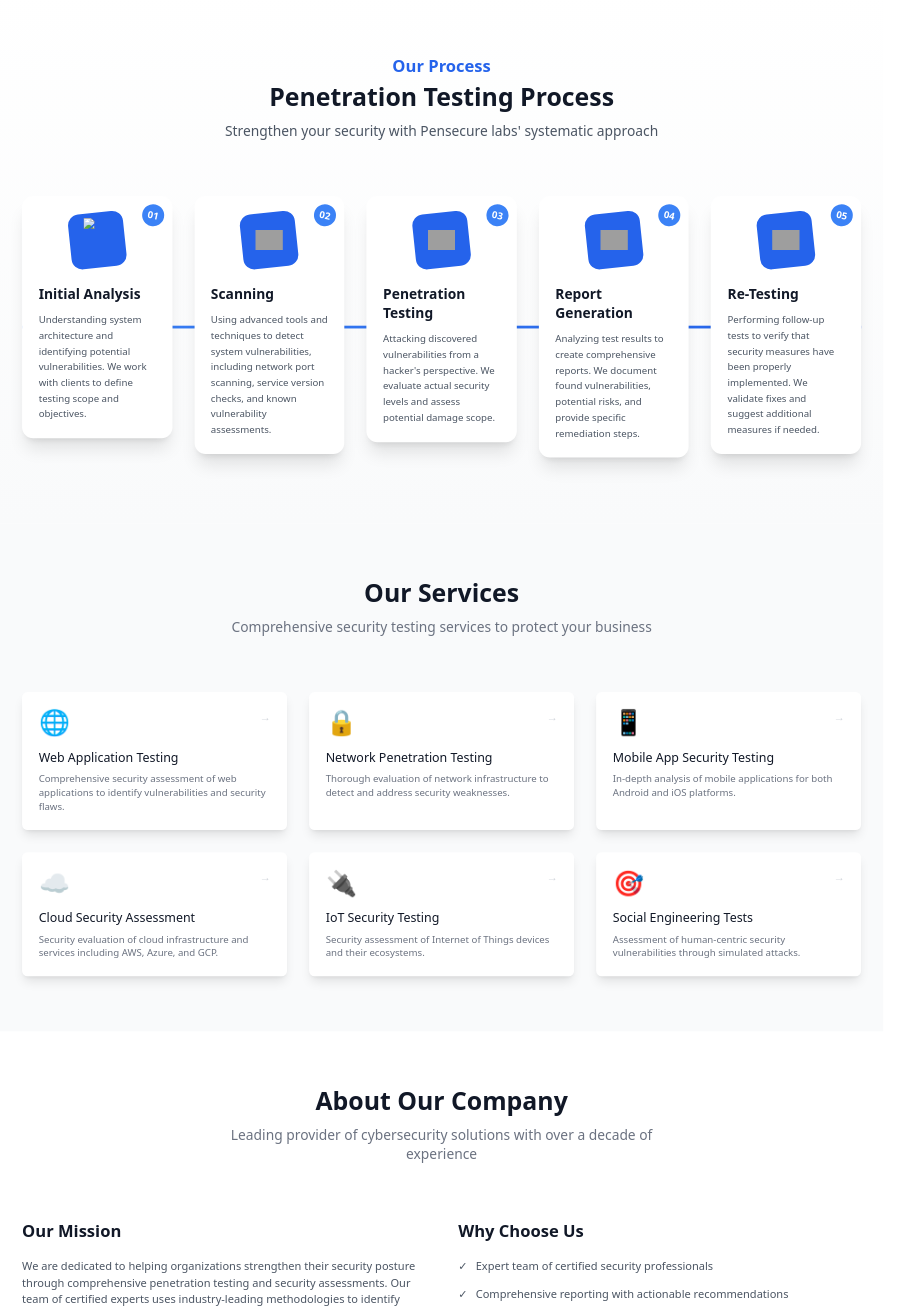
Repository: ZSayless/Penetration-test
Page: /
The author's editor kept a copy of each file at every save. The page is drawn from the files as they stood at one save, then again after the next save.
The browser window is 1280 px wide. The page is 1307 px wide, so the pictures cover 1307 px, including what lies to the right of the window. The pictures show the part of the page from y = 758 to 2658 px (the page is 5021 px tall), at 69% of full size.
Pictures or frames that could not be fetched are drawn as grey boxes. The project was rebuilt for these pictures with package versions that can differ from the ones it lists, and the page was loaded fresh each time. The framework's server and built-in components were replaced by stand-ins that run in the browser. Also part of the build but not shown: next.config.js.

Above is the page before, as saved 2024-12-04 14:19:52.

### src/app/layout.tsx
import type { Metadata } from 'next';
import Navbar from '@/components/Navbar';
import './globals.css';

export const metadata: Metadata = {
  title: 'SecureTest Pro - Professional Penetration Testing Services',
  description: 'Comprehensive security assessment services to protect your business from cyber threats.',
};

export default function RootLayout({
  children,
}: {
  children: React.ReactNode;
}) {
  return (
    <html lang="en">
      <body>
        <Navbar />
        {children}
      </body>
    </html>
  );
}

### src/app/page.tsx
'use client';

import Hero from '@/components/sections/Hero';
import Services from '@/components/sections/Services';
import About from '@/components/sections/About';
import Features from '@/components/sections/Features';
import Testimonials from '@/components/sections/Testimonials';
import Contact from '@/components/sections/Contact';
import Process from '@/components/sections/Process';

export default function Home() {
  return (
    <main>
      <Hero />
      <Process />
      <Services />
      <About />
      <Features />
      <Testimonials />
      <Contact />
    </main>
  );
}

### src/components/Navbar.tsx
'use client';

import { useState } from 'react';
import Link from 'next/link';
import Image from 'next/image';

export default function Navbar() {
  const [isOpen, setIsOpen] = useState(false);

  return (
    <nav className="bg-white shadow-lg fixed w-full z-50">
      <div className="max-w-7xl mx-auto px-4 sm:px-6 lg:px-8">
        <div className="flex justify-between h-16">
          <div className="flex items-center">
            <Link href="/" className="flex-shrink-0 flex items-center">
              <div className="w-8 h-8 bg-blue-600 rounded-full flex items-center justify-center">
                <span className="text-white font-bold">SP</span>
              </div>
              <span className="ml-2 text-xl font-bold text-gray-800">SecureTest Pro</span>
            </Link>
          </div>

          {/* Desktop menu */}
          <div className="hidden md:flex items-center space-x-8">
            <Link href="/" className="text-gray-600 hover:text-gray-900">Home</Link>
            <Link href="/services" className="text-gray-600 hover:text-gray-900">Services</Link>
            <Link href="/about" className="text-gray-600 hover:text-gray-900">About</Link>
            <Link href="/contact" className="text-gray-600 hover:text-gray-900">Contact</Link>
            <Link
              href="/get-started"
              className="bg-blue-600 text-white px-4 py-2 rounded-md hover:bg-blue-700"
            >
              Get Started
            </Link>
          </div>

          {/* Mobile menu button */}
          <div className="md:hidden flex items-center">
            <button
              onClick={() => setIsOpen(!isOpen)}
              className="inline-flex items-center justify-center p-2 rounded-md text-gray-400 hover:text-gray-500 hover:bg-gray-100"
            >
              <span className="sr-only">Open main menu</span>
              {!isOpen ? (
                <svg className="block h-6 w-6" fill="none" viewBox="0 0 24 24" stroke="currentColor">
                  <path strokeLinecap="round" strokeLinejoin="round" strokeWidth={2} d="M4 6h16M4 12h16M4 18h16" />
                </svg>
              ) : (
                <svg className="block h-6 w-6" fill="none" viewBox="0 0 24 24" stroke="currentColor">
                  <path strokeLinecap="round" strokeLinejoin="round" strokeWidth={2} d="M6 18L18 6M6 6l12 12" />
                </svg>
              )}
            </button>
          </div>
        </div>
      </div>

      {/* Mobile menu */}
      {isOpen && (
        <div className="md:hidden">
          <div className="px-2 pt-2 pb-3 space-y-1 sm:px-3">
            <Link href="/" className="block px-3 py-2 text-gray-600 hover:text-gray-900">Home</Link>
            <Link href="/services" className="block px-3 py-2 text-gray-600 hover:text-gray-900">Services</Link>
            <Link href="/about" className="block px-3 py-2 text-gray-600 hover:text-gray-900">About</Link>
            <Link href="/contact" className="block px-3 py-2 text-gray-600 hover:text-gray-900">Contact</Link>
            <Link
              href="/get-started"
              className="block px-3 py-2 bg-blue-600 text-white rounded-md hover:bg-blue-700"
            >
              Get Started
            </Link>
          </div>
        </div>
      )}
    </nav>
  );
}

### src/components/sections/Services.tsx
export default function Services() {
  const services = [
    {
      title: 'Web Application Testing',
      description: 'Comprehensive security assessment of web applications to identify vulnerabilities and security flaws.',
      icon: '🌐',
    },
    {
      title: 'Network Penetration Testing',
      description: 'Thorough evaluation of network infrastructure to detect and address security weaknesses.',
      icon: '🔒',
    },
    {
      title: 'Mobile App Security Testing',
      description: 'In-depth analysis of mobile applications for both Android and iOS platforms.',
      icon: '📱',
    },
    {
      title: 'Cloud Security Assessment',
      description: 'Security evaluation of cloud infrastructure and services including AWS, Azure, and GCP.',
      icon: '☁️',
    },
    {
      title: 'IoT Security Testing',
      description: 'Security assessment of Internet of Things devices and their ecosystems.',
      icon: '🔌',
    },
    {
      title: 'Social Engineering Tests',
      description: 'Assessment of human-centric security vulnerabilities through simulated attacks.',
      icon: '🎯',
    },
  ];

  return (
    <section id="services" className="py-20 bg-gray-50">
      <div className="max-w-7xl mx-auto px-4 sm:px-6 lg:px-8">
        <div className="text-center">
          <h2 className="text-3xl font-extrabold text-gray-900 sm:text-4xl">
            Our Services
          </h2>
          <p className="mt-4 max-w-2xl mx-auto text-xl text-gray-500">
            Comprehensive security testing services to protect your business
          </p>
        </div>

        <div className="mt-20 grid grid-cols-1 gap-8 sm:grid-cols-2 lg:grid-cols-3">
          {services.map((service, index) => (
            <div
              key={index}
              className="relative group bg-white p-6 focus-within:ring-2 focus-within:ring-inset focus-within:ring-blue-500 rounded-lg shadow-lg hover:shadow-xl transition-all duration-300"
            >
              <div>
                <span className="text-4xl">{service.icon}</span>
                <h3 className="mt-4 text-lg font-medium text-gray-900">
                  {service.title}
                </h3>
                <p className="mt-2 text-sm text-gray-500">
                  {service.description}
                </p>
              </div>
              <span
                className="absolute top-6 right-6 text-gray-300 group-hover:text-gray-400"
                aria-hidden="true"
              >
                →
              </span>
            </div>
          ))}
        </div>
      </div>
    </section>
  );
}

### src/components/sections/About.tsx
export default function About() {
  return (
    <section id="about" className="py-20 bg-white">
      <div className="max-w-7xl mx-auto px-4 sm:px-6 lg:px-8">
        <div className="lg:text-center">
          <h2 className="text-3xl font-extrabold text-gray-900 sm:text-4xl">
            About Our Company
          </h2>
          <p className="mt-4 max-w-2xl mx-auto text-xl text-gray-500 lg:mx-auto">
            Leading provider of cybersecurity solutions with over a decade of experience
          </p>
        </div>

        <div className="mt-20">
          <div className="grid grid-cols-1 gap-12 lg:grid-cols-2">
            <div className="space-y-6">
              <h3 className="text-2xl font-bold text-gray-900">Our Mission</h3>
              <p className="text-gray-600">
                We are dedicated to helping organizations strengthen their security posture through comprehensive penetration testing and security assessments. Our team of certified experts uses industry-leading methodologies to identify vulnerabilities before malicious actors can exploit them.
              </p>
            </div>
            <div className="space-y-6">
              <h3 className="text-2xl font-bold text-gray-900">Why Choose Us</h3>
              <ul className="space-y-4 text-gray-600">
                <li className="flex items-start">
                  <span className="mr-3">✓</span>
                  <span>Expert team of certified security professionals</span>
                </li>
                <li className="flex items-start">
                  <span className="mr-3">✓</span>
                  <span>Comprehensive reporting with actionable recommendations</span>
                </li>
                <li className="flex items-start">
                  <span className="mr-3">✓</span>
                  <span>Industry-leading tools and methodologies</span>
                </li>
                <li className="flex items-start">
                  <span className="mr-3">✓</span>
                  <span>24/7 support and consultation</span>
                </li>
              </ul>
            </div>
          </div>
        </div>
      </div>
    </section>
  );
}

### src/components/sections/Features.tsx
export default function Features() {
  return (
    <section id="features" className="py-20 bg-gray-50">
      <div className="max-w-7xl mx-auto px-4 sm:px-6 lg:px-8">
        <div className="text-center">
          <h2 className="text-3xl font-extrabold text-gray-900 sm:text-4xl">
            Why Choose Our Services
          </h2>
          <p className="mt-4 max-w-2xl mx-auto text-xl text-gray-500">
            Industry-leading security testing with comprehensive solutions
          </p>
        </div>

        <div className="mt-20 grid grid-cols-1 gap-8 md:grid-cols-2 lg:grid-cols-3">
          {[
            {
              title: 'Expert Team',
              description: 'Certified security professionals with years of experience',
              icon: '👨‍💻',
            },
            {
              title: 'Comprehensive Reports',
              description: 'Detailed findings with actionable recommendations',
              icon: '📊',
            },
            {
              title: '24/7 Support',
              description: 'Round-the-clock assistance and consultation',
              icon: '🔧',
            },
            {
              title: 'Latest Tools',
              description: 'Using cutting-edge security testing tools',
              icon: '🛠',
            },
            {
              title: 'Custom Solutions',
              description: 'Tailored testing plans for your specific needs',
              icon: '🎯',
            },
            {
              title: 'Fast Turnaround',
              description: 'Quick delivery without compromising quality',
              icon: '⚡',
            },
          ].map((feature, index) => (
            <div
              key={index}
              className="relative bg-white p-6 rounded-lg shadow-lg hover:shadow-xl transition-all duration-300"
            >
              <div>
                <span className="text-4xl">{feature.icon}</span>
                <h3 className="mt-4 text-lg font-medium text-gray-900">
                  {feature.title}
                </h3>
                <p className="mt-2 text-gray-500">{feature.description}</p>
              </div>
            </div>
          ))}
        </div>
      </div>
    </section>
  );
}

### src/components/sections/Testimonials.tsx
export default function Testimonials() {
  return (
    <section id="testimonials" className="py-20 bg-white">
      <div className="max-w-7xl mx-auto px-4 sm:px-6 lg:px-8">
        <div className="text-center">
          <h2 className="text-3xl font-extrabold text-gray-900 sm:text-4xl">
            What Our Clients Say
          </h2>
          <p className="mt-4 max-w-2xl mx-auto text-xl text-gray-500">
            Don't just take our word for it
          </p>
        </div>

        <div className="mt-20 grid grid-cols-1 gap-8 md:grid-cols-2 lg:grid-cols-3">
          {[
            {
              quote: "The team's expertise and professionalism exceeded our expectations. They found critical vulnerabilities that could have been devastating if exploited.",
              author: "John Smith",
              role: "CTO, Tech Corp",
            },
            {
              quote: "Comprehensive testing and clear reporting helped us improve our security posture significantly. Highly recommended!",
              author: "Sarah Johnson",
              role: "Security Director, Finance Plus",
            },
            {
              quote: "Their penetration testing service is thorough and their recommendations are practical and actionable.",
              author: "Mike Williams",
              role: "IT Manager, Global Retail",
            },
          ].map((testimonial, index) => (
            <div
              key={index}
              className="bg-gray-50 p-8 rounded-lg shadow-lg hover:shadow-xl transition-all duration-300"
            >
              <p className="text-gray-600 italic">"{testimonial.quote}"</p>
              <div className="mt-6">
                <p className="text-gray-900 font-semibold">{testimonial.author}</p>
                <p className="text-gray-500">{testimonial.role}</p>
              </div>
            </div>
          ))}
        </div>
      </div>
    </section>
  );
}

### src/components/sections/Process.tsx
'use client';

import { motion } from 'framer-motion';
import Image from 'next/image';

const processes = [
  {
    id: "01",
    title: "Initial Analysis",
    description: "Understanding system architecture and identifying potential vulnerabilities. We work with clients to define testing scope and objectives.",
    image: "/images/process/analysis.svg"
  },
  {
    id: "02",
    title: "Scanning",
    description: "Using advanced tools and techniques to detect system vulnerabilities, including network port scanning, service version checks, and known vulnerability assessments.",
    image: "/images/process/scanning.svg"
  },
  {
    id: "03",
    title: "Penetration Testing",
    description: "Attacking discovered vulnerabilities from a hacker's perspective. We evaluate actual security levels and assess potential damage scope.",
    image: "/images/process/testing.svg"
  },
  {
    id: "04",
    title: "Report Generation",
    description: "Analyzing test results to create comprehensive reports. We document found vulnerabilities, potential risks, and provide specific remediation steps.",
    image: "/images/process/report.svg"
  },
  {
    id: "05",
    title: "Re-Testing",
    description: "Performing follow-up tests to verify that security measures have been properly implemented. We validate fixes and suggest additional measures if needed.",
    image: "/images/process/retest.svg"
  }
];

export default function Process() {
  return (
    <section className="relative py-24 bg-gradient-to-b from-white to-gray-50">
      {/* Background Pattern */}
      <div className="absolute inset-0 opacity-5">
        <div className="absolute inset-0 bg-[url('/images/grid.svg')] bg-center" />
      </div>

      <div className="relative max-w-7xl mx-auto px-4 sm:px-6 lg:px-8">
        <motion.div
          initial={{ opacity: 0, y: 20 }}
          whileInView={{ opacity: 1, y: 0 }}
          viewport={{ once: true }}
          transition={{ duration: 0.8 }}
          className="text-center mb-20"
        >
          <h2 className="text-2xl font-semibold text-blue-600">Our Process</h2>
          <h3 className="mt-2 text-4xl font-bold text-gray-900">Penetration Testing Process</h3>
          <p className="mt-4 text-xl text-gray-600">
            Strengthen your security with Pensecure labs' systematic approach
          </p>
        </motion.div>

        <div className="relative">
          {/* Connection Line */}
          <div className="absolute top-1/2 left-0 right-0 h-1 bg-gradient-to-r from-blue-500 to-blue-600 transform -translate-y-1/2 hidden lg:block" />

          <div className="grid grid-cols-1 md:grid-cols-3 lg:grid-cols-5 gap-8">
            {processes.map((process, index) => (
              <motion.div
                key={process.id}
                initial={{ opacity: 0, y: 30 }}
                whileInView={{ opacity: 1, y: 0 }}
                viewport={{ once: true }}
                transition={{ duration: 0.5, delay: index * 0.2 }}
                className="relative group"
              >
                <div className="bg-white rounded-2xl shadow-xl p-6 transition-transform duration-300 group-hover:-translate-y-2">
                  <div className="relative mb-6">
                    <div className="w-20 h-20 mx-auto bg-blue-600 rounded-2xl transform -rotate-6 transition-transform duration-300 group-hover:rotate-0">
                      <div className="w-full h-full flex items-center justify-center transform rotate-6 transition-transform duration-300 group-hover:rotate-0">
                        <Image
                          src={process.image}
                          alt={process.title}
                          width={40}
                          height={40}
                          className="text-white"
                        />
                      </div>
                    </div>
                    <div className="absolute -top-3 -right-3 w-8 h-8 bg-blue-500 rounded-full flex items-center justify-center transform rotate-12 group-hover:rotate-0 transition-transform duration-300">
                      <span className="text-white font-bold text-sm">{process.id}</span>
                    </div>
                  </div>

                  <h4 className="text-xl font-bold text-gray-900 mb-3">{process.title}</h4>
                  <p className="text-gray-600 text-sm leading-relaxed">
                    {process.description}
                  </p>
                </div>
              </motion.div>
            ))}
          </div>
        </div>
      </div>
    </section>
  );
}

Loaded but not shown: src/app/globals.css (common file); tailwind.config.js (18 lines, source omitted); src/components/sections/Contact.tsx (302 lines, source omitted); src/components/sections/Hero.tsx (266 lines, source omitted)

After the next save:
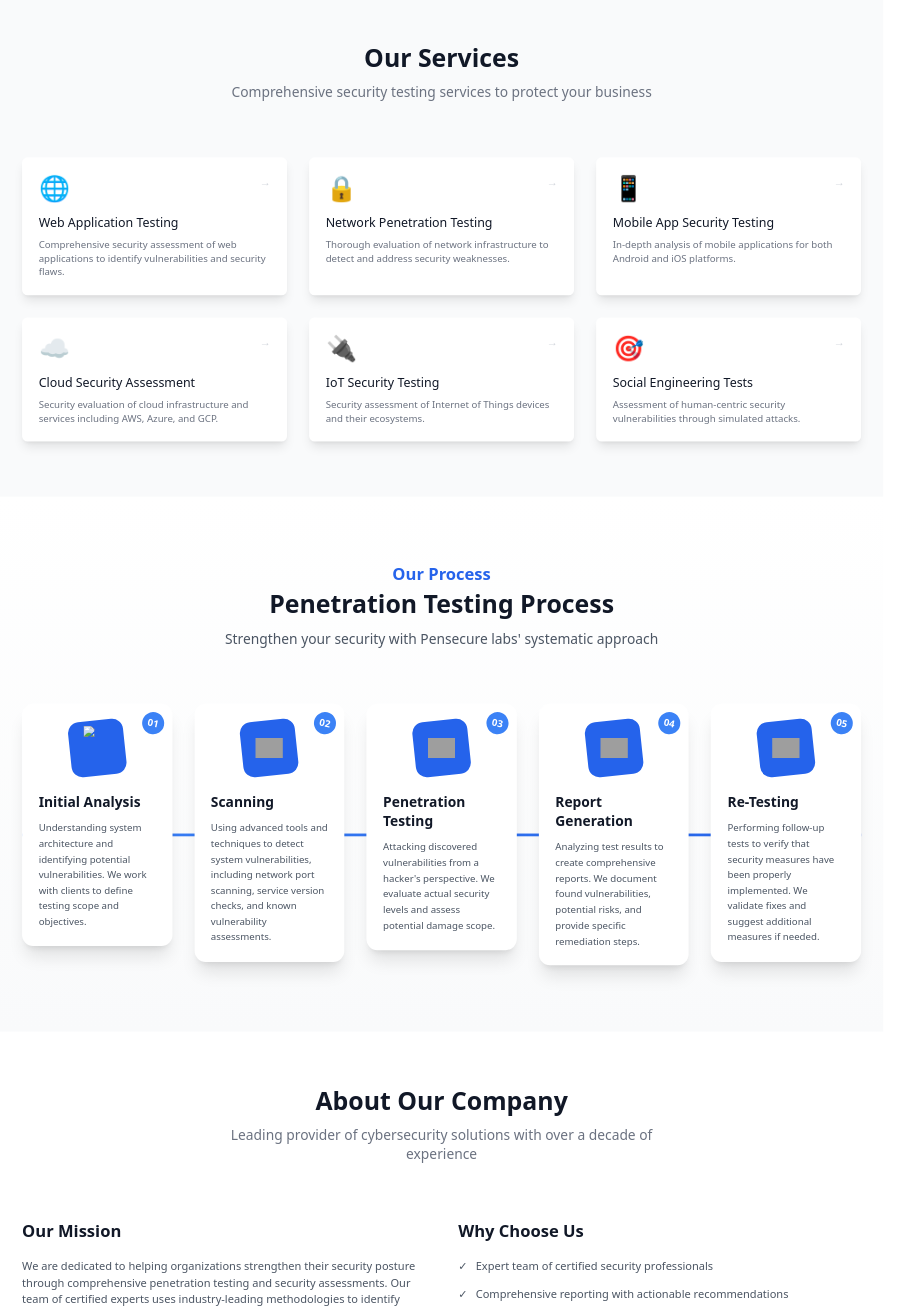
Saved 65 s later.
--- a/src/app/page.tsx
+++ b/src/app/page.tsx
@@ -2,18 +2,18 @@
 
 import Hero from '@/components/sections/Hero';
 import Services from '@/components/sections/Services';
+import Process from '@/components/sections/Process';
 import About from '@/components/sections/About';
 import Features from '@/components/sections/Features';
 import Testimonials from '@/components/sections/Testimonials';
 import Contact from '@/components/sections/Contact';
-import Process from '@/components/sections/Process';
 
 export default function Home() {
   return (
     <main>
       <Hero />
+      <Services />
       <Process />
-      <Services />
       <About />
       <Features />
       <Testimonials />
